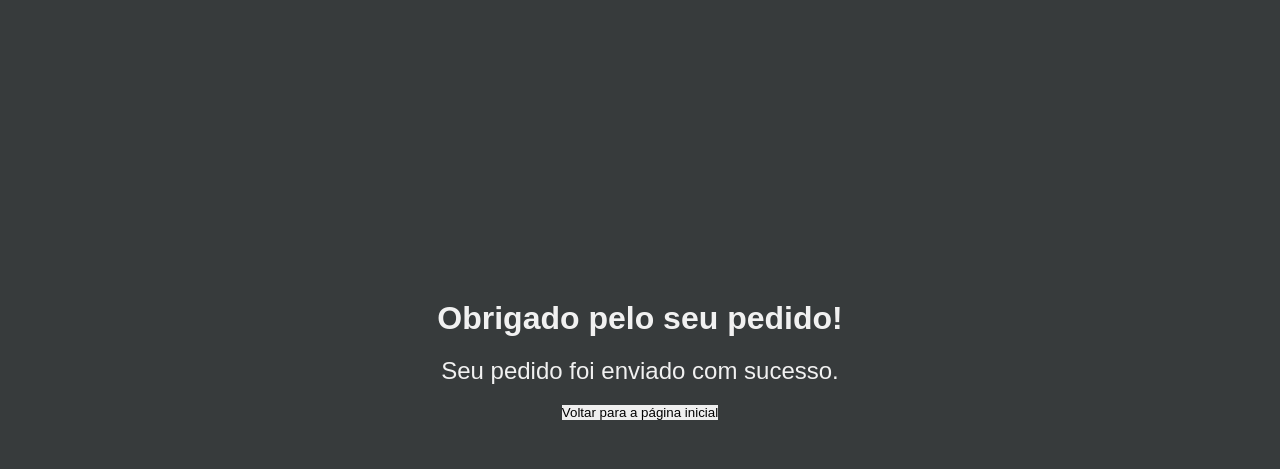
Repository: Marinalr-25/Projeto-Aparelhos-de-Academia
Page: thanks.html
The author's editor kept a copy of each file at every save. The page is drawn from the files as they stood at one save, then again after the next save.
The browser window is 1280 px wide. The pictures show the whole page.

Above is the page before, as saved 2025-01-14 14:15:54.

### thanks.html
<!DOCTYPE html>
<html lang="en">
  <head>
    <meta charset="UTF-8" />
    <meta name="viewport" content="width=device-width, initial-scale=1.0" />
    <link rel="stylesheet" href="css/thanks.css" />
    <title>Obrigada!</title>
  </head>

  <style>
    a {
      font-size: 20px;
    }
  </style>
  <body>
    <h1 class="h1">Obrigado pelo seu pedido!</h1>
    <p class="paragrafo">Seu pedido foi enviado com sucesso.</p>
    <button class="button" onclick="window.location.href='telaPrincipal.html'">
      Voltar para a página inicial
    </button>
  </body>
</html>

### css/thanks.css
* {
  margin: 0;
  padding: 0;
  box-sizing: border-box;
}

html {
  font-size: 62.5%;
}

body {
  font-family: 'Montserrat', sans-serif;
  background-color: #373b3c;
  color: #f1f1f1;
  display: flex;
  flex-direction: column;
  justify-content: center;
  align-items: center;
  gap: 2rem;
  height: 100svh;
}

.h1 {
  font-size: 3.2rem;
}
.paragrafo {
  font-size: 2.4rem;
}

.button {
  outline: none;
  border: none;
}

After the next save:
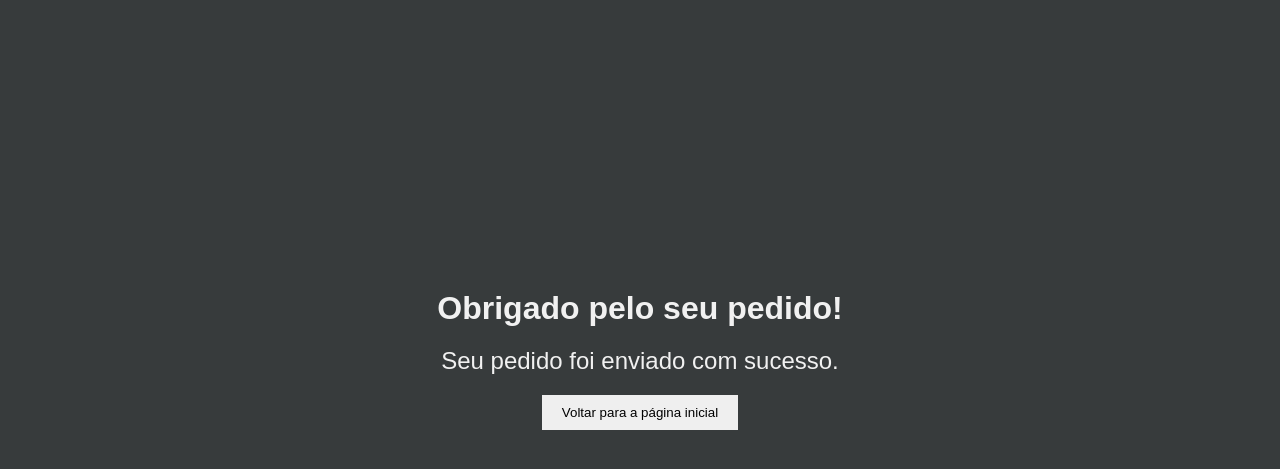
Saved 8 s later.
--- a/css/thanks.css
+++ b/css/thanks.css
@@ -30,4 +30,5 @@ body {
 .button {
   outline: none;
   border: none;
+  padding: 1rem 2rem;
 }
